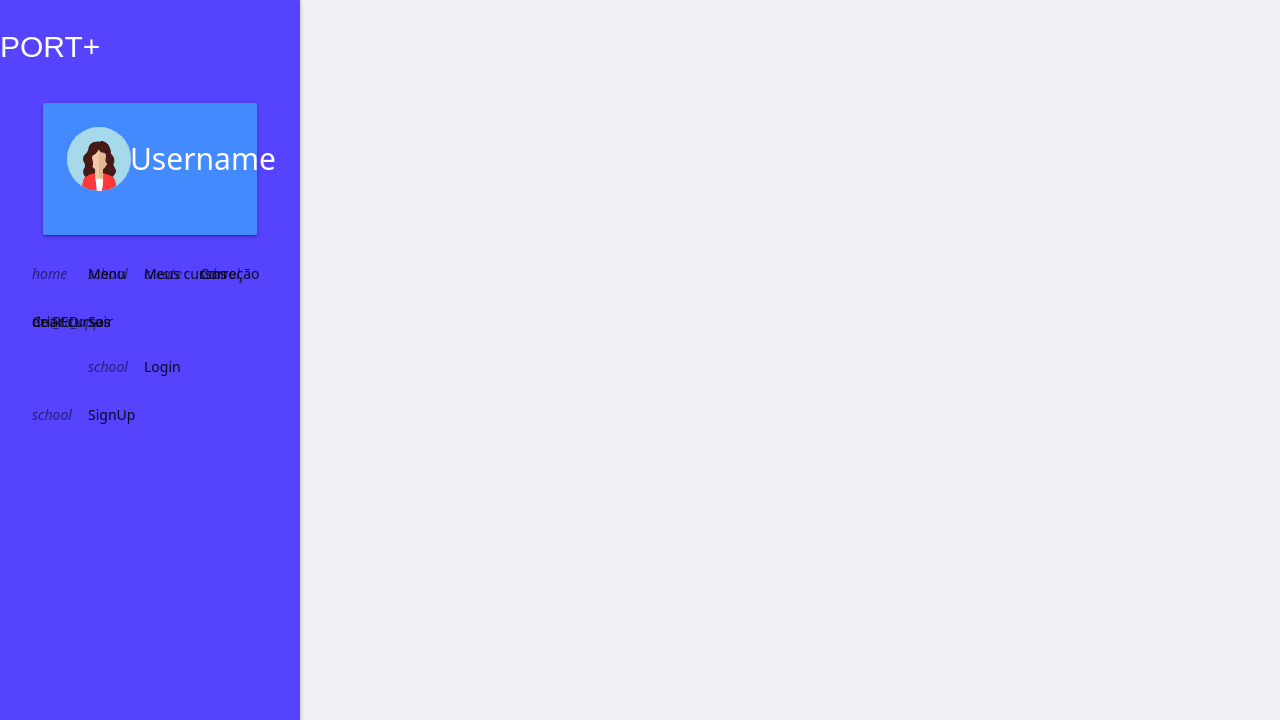
Repository: LauraMViana/Port-plus
Page: http://localhost/sideNav(D)
An editor plug-in stored every save of this project. The page is shown before and after the next save, followed by the edit.
The browser window is 1280 px wide. The pictures show the whole page.
The page is this project's Thymeleaf template; nobody is signed in. The template is opened directly, without the code that normally fills it, so the values that code supplies are empty.

Above is the page before, as saved 2021-12-22 20:21:01.

After the next save:
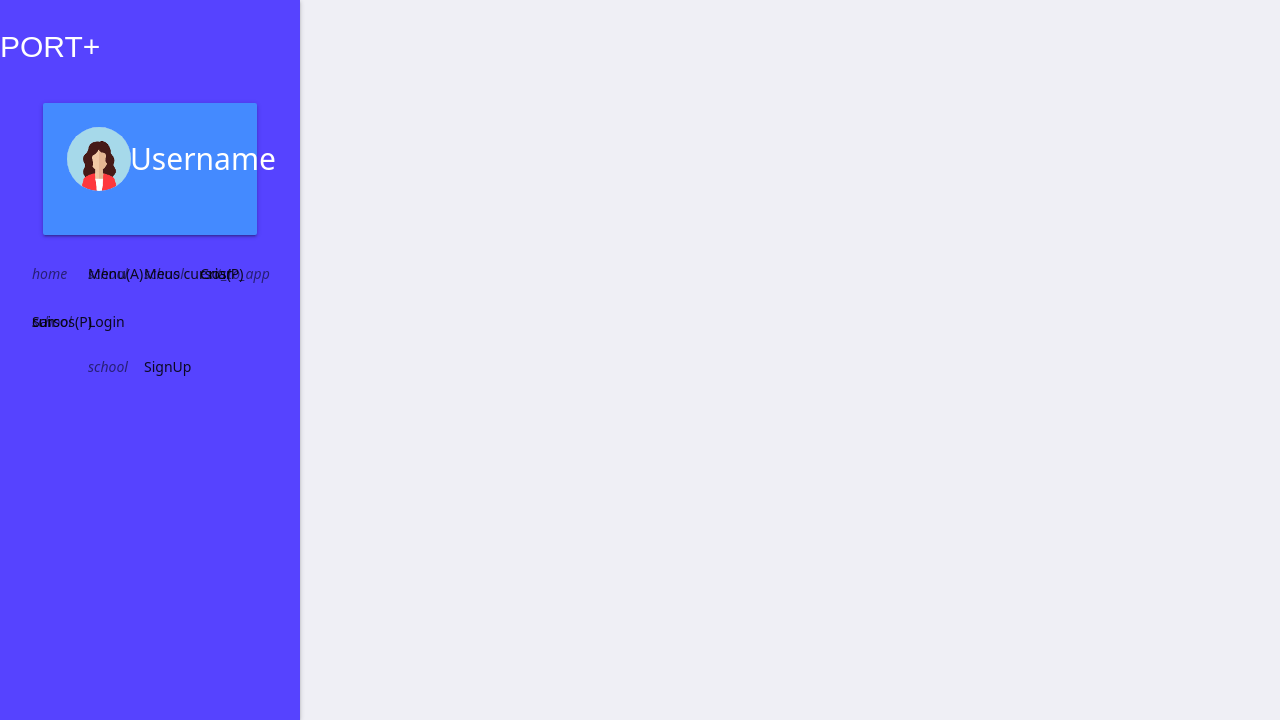
Saved 2 min 4 s later.
--- a/port/src/main/resources/templates/sideNav(D).html
+++ b/port/src/main/resources/templates/sideNav(D).html
@@ -33,13 +33,13 @@
 					</div>
 				</div>
 			</li>
-			<li><a href="/"><i class="material-icons">home </i>Menu</a></li>
+			<li><a href="/"><i class="material-icons">home </i>Menu(A)</a></li>
 			<li><a href="/portPlus/meusCursos"><i class="material-icons">school
-				</i>Meus cursos</a></li>
-			<li><a href="/"><i class="material-icons">create </i>Correção
-					de RED</a></li>
+				</i>Meus cursos(P)</a></li>
+			<!-- <li><a href="/"><i class="material-icons">create </i>Correção
+					de RED</a></li> -->
 			<li><a href="/portPlus/criarCurso"><i class="material-icons">school
-				</i>Criar cursos</a></li>
+				</i>Criar cursos(P)</a></li>
 			<li><a href="/"><i class="material-icons">exit_to_app</i>Sair</a></li>
 			<li><a href="/portPlus/login"><i class="material-icons">school
 				</i>Login</a></li>
